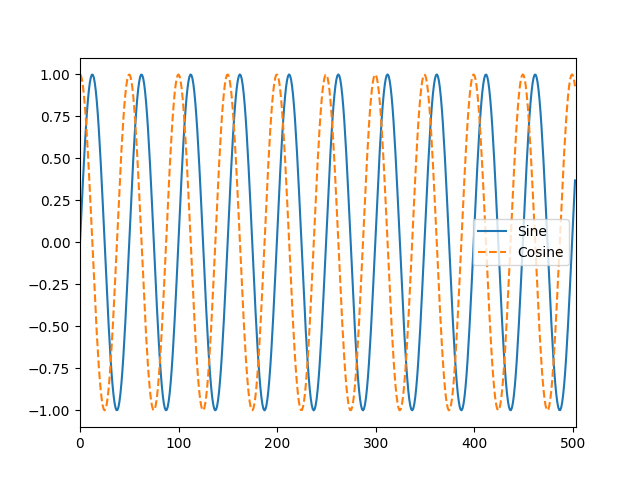
Repository: khulqu15/drone_smc_copppelia
Script's output: python py/realtime.py
These files come from the project's save history. The script's output is drawn as it stood at one moment and after the next save; the edit follows.
Animations are shown at an early frame. Random numbers start from a fixed seed.

Above is the script's output before, as saved 2024-06-24 00:21:45.

After the next save:
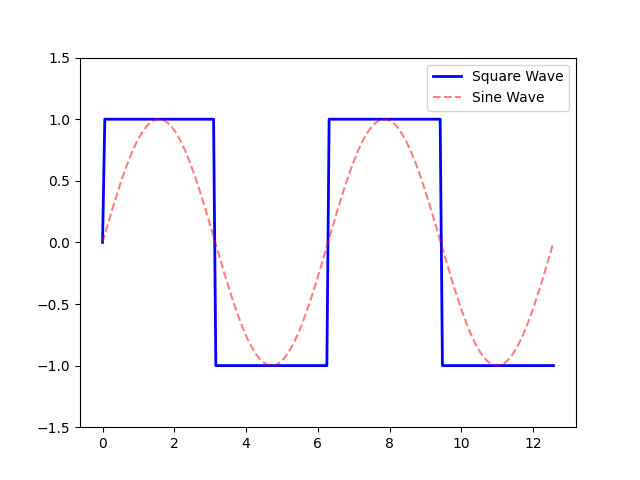
Saved 46 s later.
--- a/py/realtime.py
+++ b/py/realtime.py
@@ -1,48 +1,27 @@
 import numpy as np
-import pandas as pd
-import matplotlib
-matplotlib.use('TkAgg')  # Adjusting the backend
 import matplotlib.pyplot as plt
 from matplotlib.animation import FuncAnimation
-from statsmodels.tsa.vector_ar.var_model import VAR
 
-maxlags = 5
+x_len = 200
+y_range = [-1.5, 1.5]
 
-# Generate data
-def generate_data(points):
-    t = np.linspace(0, 10, points)
-    return pd.DataFrame({
-        'Sine': np.sin(2 * np.pi * t),
-        'Cosine': np.cos(2 * np.pi * t)
-    })
+fig, ax = plt.subplots()
+xs = np.linspace(0, 4 * np.pi, x_len)
+ys = np.sin(xs)
+square_ys = np.sign(ys)
+ax.set_ylim(y_range)
 
-# Fit VAR model
-def fit_var(data, maxlags=5):
-    model = VAR(data)
-    return model.fit(maxlags=maxlags)
-
-# Initialize data
-data = generate_data(500)
-fitted_model = fit_var(data)
-
-# Animation setup
-fig, ax = plt.subplots()
-lines = {
-    'Sine': ax.plot(data.index, data['Sine'], label='Sine')[0],
-    'Cosine': ax.plot(data.index, data['Cosine'], label='Cosine', linestyle='--')[0]
-}
+line, = ax.plot(xs, square_ys, 'b-', linewidth=2, label='Square Wave')
+sine_line, = ax.plot(xs, ys, 'r--', alpha=0.5, label='Sine Wave')
 ax.legend()
 
 def update(frame):
-    global data
-    last_obs = data.iloc[-maxlags:]  # Using enough past observations
-    pred = fitted_model.forecast(last_obs.values, steps=1)
-    new_point = pd.DataFrame(pred, columns=data.columns, index=[data.index[-1] + 1])
-    data = pd.concat([data, new_point])
-    lines['Sine'].set_data(data.index, data['Sine'])
-    lines['Cosine'].set_data(data.index, data['Cosine'])
-    ax.set_xlim(data.index[0], data.index[-1] + 1)  # Adjust x-axis to fit new data
-    return lines['Sine'], lines['Cosine']
+    ys = np.sin(xs + frame / 10)
+    square_ys = np.sign(ys)
 
-ani = FuncAnimation(fig, update, frames=np.arange(100), interval=50)
+    line.set_ydata(square_ys)
+    sine_line.set_ydata(ys)
+    return line, sine_line
+
+ani = FuncAnimation(fig, update, frames=np.arange(0, 400, 1), interval=50, blit=False)
 plt.show()
